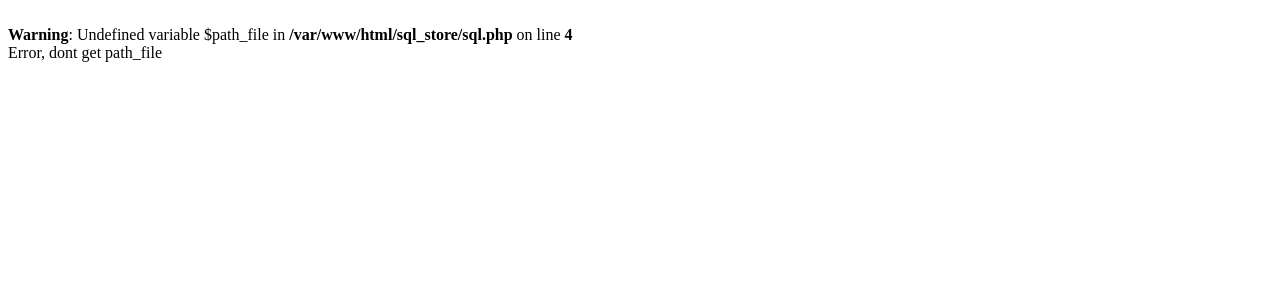
Repository: Rostyk-qq/exelSqlPhpTelegramBot
Page: http://localhost/sql_store/sql.php
The author's editor kept a copy of each file at every save. The page is drawn from the files as they stood at one save, then again after the next save.
The browser window is 1280 px wide. The pictures show the whole page.
The page is run by PHP 8.4 with error messages shown; the project is at /var/www/html/. Queries for data that is not in the repository find no rows.

Above is the page before, as saved 2023-12-01 00:55:41.

After the next save:
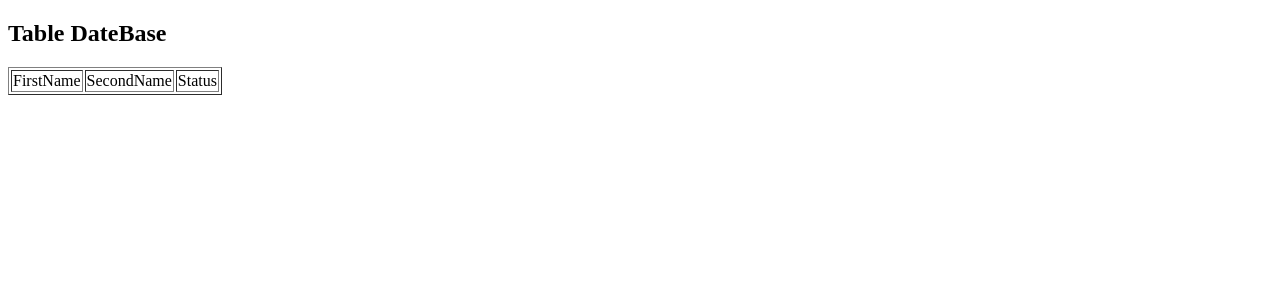
Saved 25 s later.
--- a/ExcelChatBot/sql_store/sql.php
+++ b/ExcelChatBot/sql_store/sql.php
@@ -1,42 +1,52 @@
-<?php
-extract($_POST);
-
-if(!$path_file){
-    echo 'Error, dont get path_file';
-    exit();
-}
-
-$host = 'localhost';
-$username = 'root';
-$password = '';
-$dbName = 'users_db';
-
-$conn = new mysqli($host, $username, $password, $dbName);
-
-if($conn->connect_error){
-    echo 'Error, dont connect!';
-    exit();
-}
-
-if(!($conn->query($table))){
-    echo 'Error, cannot create table!';
-    exit();
-}
-
-$table = '';
-$i = 0;
-
-$table .= "#\t\t\t\t\t\tname\t\t\t\t\t\tcountry\n";
-try {
-    foreach ($reader as $key => $element){
-
-        mysqli_query($conn, "INSERT INTO `excel_store` (name, country) VALUES ('$name', '$country')");
 
 
+<!DOCTYPE html>
+<html lang="en">
+<head>
+    <meta charset="UTF-8">
+    <meta name="viewport" content="width=device-width, initial-scale=1.0">
+    <title>Table DateBase</title>
+</head>
+<body>
+
+<h2>Table DateBase</h2>
+
+<table border="1">
+    <tr>
+        <td>FirstName</td>
+        <td>SecondName</td>
+        <td>Status</td>
+    </tr>
+    <?php
+    $server = 'localhost';
+    $username = 'root';
+    $password = '';
+    $dbname = 'users_db';
+
+    $conn = new mysqli($server, $username, $password, $dbname);
+
+    if ($conn->connect_error) {
+        die('Connect Error: ' . $conn->connect_error);
     }
-    printf($table);
+
+    $select = "SELECT * FROM users";
+    $result = $conn->query($select);
+
+    if (!$result) {
+        die('Query Error: ' . $conn->error);
+    }
+
+    while ($row = $result->fetch_assoc()) {
+        echo "<tr>
+                <td>{$row['firstname']}</td>
+                <td>{$row['secondname']}</td>
+                <td>{$row['status']}</td>
+            </tr>";
+    }
+
     $conn->close();
+    ?>
+</table>
 
-} catch (Exception $e) {
-    exit($e->getMessage());
-}
+</body>
+</html>
